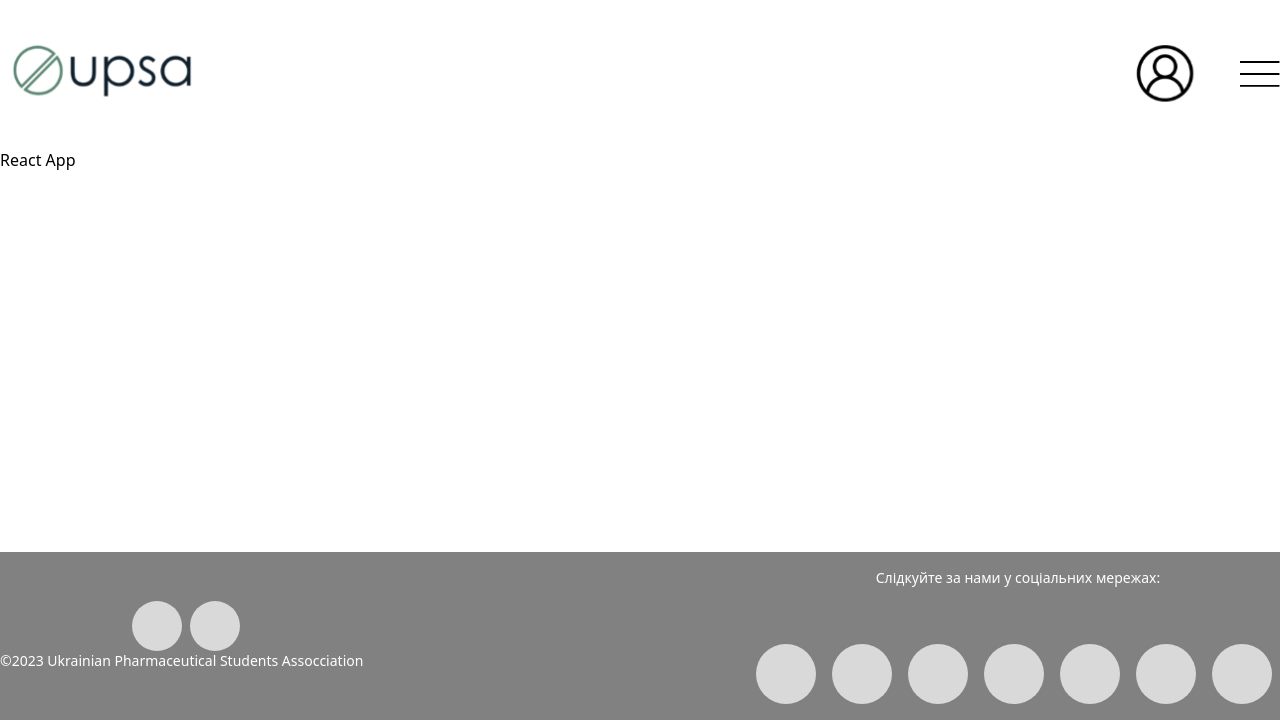
Repository: Alina-Khmilevska/UPSA-React
Page: /
An editor plug-in stored every save of this project. The page is shown before and after the next save, followed by the edit.
The browser window is 1280 px wide. The pictures show the whole page.
The project was rebuilt for these pictures with package versions that can differ from the ones it lists, and the page was loaded fresh each time. Also part of the build but not shown: src/components/header/menu/burgermenu/Menu.css.

Above is the page before, as saved 2023-09-26 16:33:23.

### src/App.js
import './App.css';
import Footer from './components/footer/Footer';
import Header from './components/header/Header';

export default function App() {
  return (
    <div className="flex flex-col min-h-screen">
      <Header />
      <main className="flex-1">
        <h1>React App</h1>
      </main>
      <Footer className="mt-auto" />
    </div>
  )
}

### src/App.css
.App {
  text-align: center;
}
.upsa-bg-grey {
  background-color: #818181;
}
.upsa-bg-button {
  background-color: #4A4948;
}

### src/components/footer/Footer.jsx
import React from "react";
import LanguageIcons from "../shared/icons/LanguageIcons";
import SocialIcons from "../shared/icons/SocialIcons";

const Footer = () => {
    return (
        <footer className="upsa-bg-grey text-white py-4">
            <div className="flex flex-row justify-between">
                <div className="flex flex-col justify-center items-center">
                    <LanguageIcons />

                    <p className="text-center text-sm">
                        &copy;{new Date().getFullYear()} Ukrainian Pharmaceutical Students Assocciation
                    </p>
                </div>
                <div className="flex flex-col justify-center items-center">
                    <p className="text-center text-sm">
                    Слідкуйте за нами у соціальних мережах:
                    </p>
                    <SocialIcons />
                </div>
            </div>
        </footer>
    );
};

export default Footer;

### src/components/header/Header.jsx
import React, { useState } from "react";
import Logo from "./logo/Logo";
import BurgerIcon from "./menu/burgermenu/icons/BurgerIcon";
import Account from "./menu/account/Account";
import Menu from "./menu/burgermenu/Menu";


const Header = () => {
  const [isMenuOpen, setIsMenuOpen] = useState(false);

  const handleMenuToggle = () => {
    setIsMenuOpen(!isMenuOpen);
  };

  const handleCloseMenu = () => {
    setIsMenuOpen(false);
  };
  return (
    <header className="bg-white font-inter">
      <div className="container mx-auto flex items-center justify-between">
        <Logo />
        <div className="flex items-center justify-between">
          <Account />
          <BurgerIcon onClick={handleMenuToggle} />
          <Menu isOpen={isMenuOpen} onClose={handleCloseMenu} />
        </div>
      </div>
    </header>
  );
};

export default Header;

### src/components/shared/icons/LanguageIcons.jsx
import React from "react";
import Ellipse from "../../../assets/images/icons/tmp/ellipse.svg";

const LanguageIcons = () => {
    return (
        <div className="flex flex-row">
            <div className="px-2">
                <img src={Ellipse} alt="Ellipse" width={50} height={50} />
            </div>
            <img src={Ellipse} alt="Ellipse" width={50} height={50} />
        </div>
    );
};

export default LanguageIcons;

### src/components/shared/icons/SocialIcons.jsx
import React from "react";
import Ellipse from "../../../assets/images/icons/tmp/ellipse.svg";

const SocialIcons = () => {
    return (
        <div className="flex justify-start mt-14">
            <div className="pr-2">
                <img
                    src={Ellipse}
                    alt="Ellipse"
                    width={60}
                    height={60}
                />
            </div>
            <div className="px-2">
                <img
                    src={Ellipse}
                    alt="Ellipse"
                    width={60}
                    height={60}
                />
            </div>
            <div className="px-2">
                <img
                    src={Ellipse}
                    alt="Ellipse"
                    width={60}
                    height={60}
                />
            </div>
            <div className="px-2">
                <img
                    src={Ellipse}
                    alt="Ellipse"
                    width={60}
                    height={60}
                />
            </div>
            <div className="px-2">
                <img
                    src={Ellipse}
                    alt="Ellipse"
                    width={60}
                    height={60}
                />
            </div>
            <div className="px-2">
                <img
                    src={Ellipse}
                    alt="Ellipse"
                    width={60}
                    height={60}
                />
            </div>
            <div className="px-2">
                <img
                    src={Ellipse}
                    alt="Ellipse"
                    width={60}
                    height={60}
                />
            </div>

        </div>
    );
};

export default SocialIcons;

### src/components/header/logo/Logo.jsx
// Logo.jsx
import React from "react";
import ReactLogo from "../../../assets/images/icons/logo.svg";

const Logo = () => {
  return (
    <div className="text-2xl font-bold">

      <a href="/">
        <img src={ReactLogo}
          alt="Logo" width={210} height={150} />
      </a>
    </div>
  );
};

export default Logo;

### src/components/header/menu/burgermenu/icons/BurgerIcon.jsx
// BurgerIcon.jsx
import React from "react";
import Icon from "../../../../../assets/images/icons/burgerIcon.svg";

const BurgerIcon = ({ onClick }) => {
  return (
    <div className="cursor-pointer" onClick={onClick}>
      <img
        src={Icon}
        alt="Burger Icon"
        width={40}
        height={40}
      />
    </div>
  );
};

export default BurgerIcon;

### src/components/header/menu/account/Account.jsx
// Account.jsx
import React from "react";
import Icon from "../../../../assets/images/icons/account.svg";

const Account = ({ onClick }) => {
  return (
    <div className="mr-10">
    <a className="cursor-pointer" href="#">
      <img
        src={Icon}
        alt="Account Icon"
        width={70}
        height={56}
      />
    </a>
    </div>
  );
};

export default Account;

### src/components/header/menu/burgermenu/Menu.jsx
// Menu.jsx
import React from "react";
import CloseIcon from "./icons/CloseIcon";
import SocialIcons from "../../../shared/icons/SocialIcons";
import "./Menu.css";
import LanguageIcons from "../../../shared/icons/LanguageIcons";

const Menu = ({ isOpen, onClose }) => {
    const menuStyle = {
        width: isOpen ? "50%" : "0",
        right: isOpen ? "0" : "-50%",
    };

    return (
        <div
            className="upsa-bg-grey h-full text-white fixed top-0 right-0 transition-all duration-300 ease-in-out px-20"
            style={menuStyle}
        >
            <CloseIcon onClick={onClose} />
            <ul className="mt-32 mr-4 text-4xl font-light leading-loose">
                <li>Проекти</li>
                <li>Події</li>
                <li>Стати членом асоціації</li>
                <li>EPSA -Student Science ward</li>
                <li>Контакти</li>
                <li>Support Ukraine</li>
            </ul>

            <button className="upsa-bg-button rounded-md px-12 py-1 mt-10">
                <a href="#" className="font-light">
                    Увійти як член управління
                </a>
            </button>
            <SocialIcons />


            <div className="flex flex-row justify-between mt-14">
                <a href="mailto:upsa@gmail.com" className="font-light">
                    upsa@gmail.com
                </a>
                <LanguageIcons />
            </div>
        </div>
    );
};

export default Menu;

### src/components/header/menu/burgermenu/icons/CloseIcon.jsx
import React from "react";
import Icon from "../../../../../assets/images/icons/close.svg";

const CloseIcon = ({ onClick }) => {
  return (
    <button className="absolute top-10 right-10" onClick={onClick}>
      <img
        src={Icon}
        alt="Close Icon"
        width={50}
        height={50}
      />
    </button>
  );
};

export default CloseIcon;

Loaded but not shown: public/index.html (common file); src/index.js (common file); src/index.css (common file); src/reportWebVitals.js (common file); tailwind.config.js (common file)

After the next save:
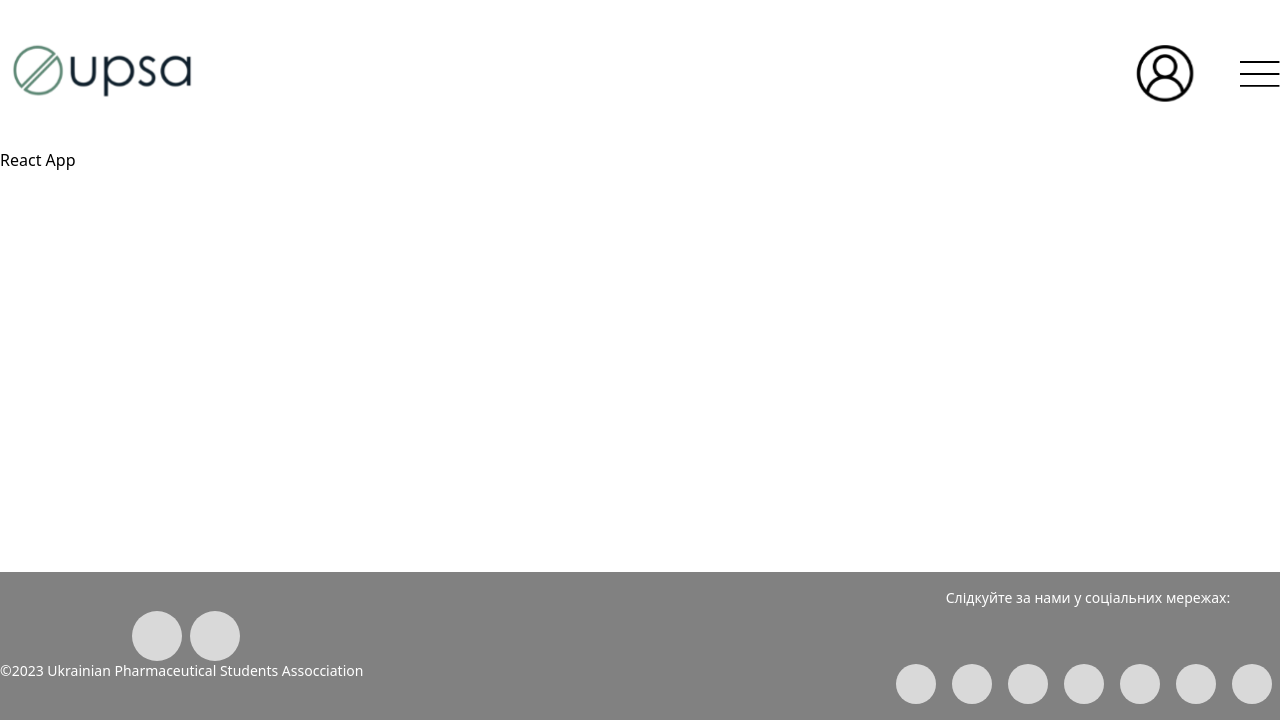
Saved 41 s later.
--- a/src/components/shared/icons/SocialIcons.jsx
+++ b/src/components/shared/icons/SocialIcons.jsx
@@ -8,56 +8,56 @@
                 <img
                     src={Ellipse}
                     alt="Ellipse"
-                    width={60}
-                    height={60}
+                    width={40}
+                    height={40}
                 />
             </div>
             <div className="px-2">
                 <img
                     src={Ellipse}
                     alt="Ellipse"
-                    width={60}
-                    height={60}
+                    width={40}
+                    height={40}
                 />
             </div>
             <div className="px-2">
                 <img
                     src={Ellipse}
                     alt="Ellipse"
-                    width={60}
-                    height={60}
+                    width={40}
+                    height={40}
                 />
             </div>
             <div className="px-2">
                 <img
                     src={Ellipse}
                     alt="Ellipse"
-                    width={60}
-                    height={60}
+                    width={40}
+                    height={40}
                 />
             </div>
             <div className="px-2">
                 <img
                     src={Ellipse}
                     alt="Ellipse"
-                    width={60}
-                    height={60}
+                    width={40}
+                    height={40}
                 />
             </div>
             <div className="px-2">
                 <img
                     src={Ellipse}
                     alt="Ellipse"
-                    width={60}
-                    height={60}
+                    width={40}
+                    height={40}
                 />
             </div>
             <div className="px-2">
                 <img
                     src={Ellipse}
                     alt="Ellipse"
-                    width={60}
-                    height={60}
+                    width={40}
+                    height={40}
                 />
             </div>
 
